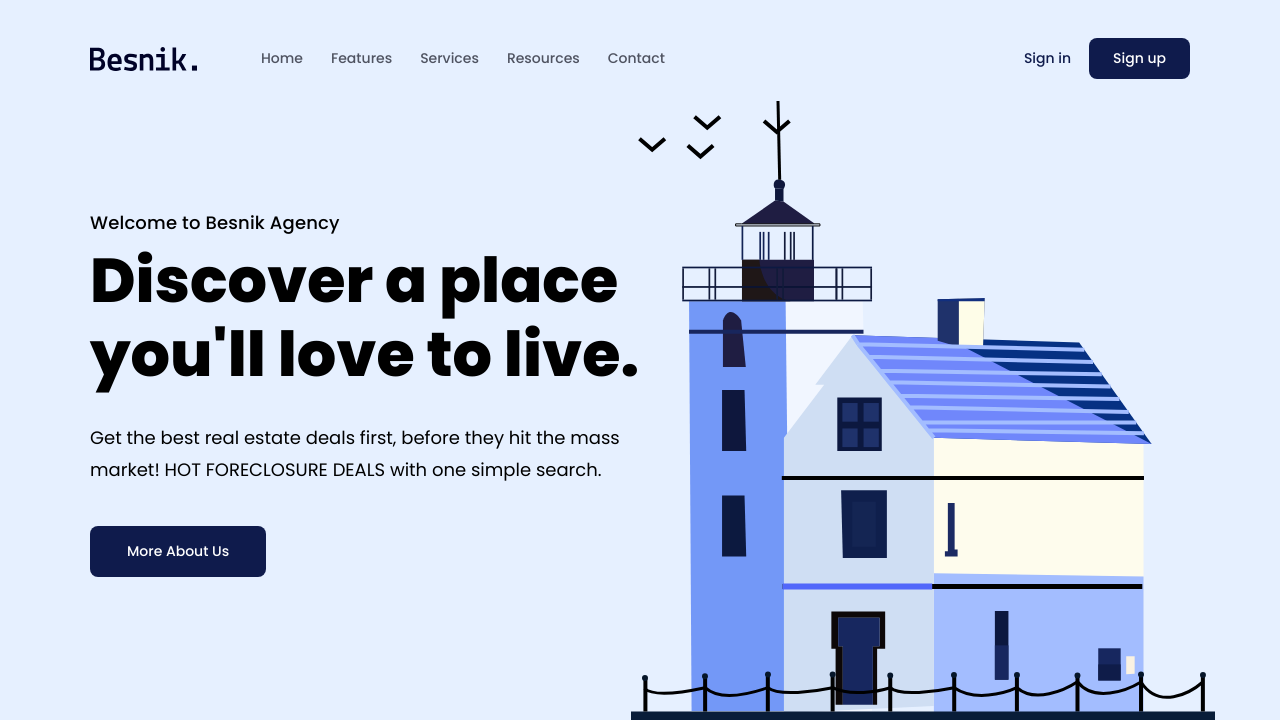
Repository: ducvui2003/f8-project-01
Page: index.html
The author's editor kept a copy of each file at every save. The page is drawn from the files as they stood at one save, then again after the next save.
The browser window is 1280 px wide. The pictures show the whole page.

Above is the page before, as saved 2023-06-16 19:52:52.

### index.html
<!DOCTYPE html>
<html lang="en">

<head>
    <meta charset="UTF-8">
    <meta name="viewport" content="width=device-width, initial-scale=1.0">
    <title>f8-procject-01</title>

    <link rel="stylesheet" href="./asset/css/reset.css">
    <link rel="stylesheet" href="./asset/font/stylesheet.css">
    <link rel="stylesheet" href="./asset/css/styles.css">
</head>

<body>
    <main>
        <!-- Header -->
        <header class="header">
            <div class="content">
                <!--  -->
                <nav class="nav">
                    <!-- Logo -->
                    <img src="./asset/img/logo.svg" alt="">

                    <!-- Navigation -->
                    <ul>
                        <li><a href="">Home</a></li>
                        <li><a href="">Features</a></li>
                        <li><a href="">Services</a></li>
                        <li><a href="">Resources</a></li>
                        <li><a href="">Contact</a></li>
                    </ul>

                    <!-- Action -->
                    <div class="actions">
                        <a href="#!" class="action-link">Sign in</a>
                        <a href="#!" class="btn action-btn">Sign up</a>
                    </div>
                </nav>
                <div class="hero">
                    <div class="info">
                        <p class="sub-title">Welcome to Besnik Agency</p>
                        <h1 class="title">Discover a place
                            you'll love to live.</h1>
                        <p class="desc">Get the best real estate deals first,
                            before they hit the mass market! HOT FORECLOSURE DEALS with one simple
                            search.</p>
                        <!-- cta = call to action -->
                        <a href="#!" class="btn hero-cta">More About Us</a>
                    </div>
                    <img src="./asset/img/hero-img.svg" alt="Discover a place
                    you'll love to live." class="hero-img">
                </div>
            </div>
        </header>

    </main>
</body>

</main>

</html>

### asset/font/stylesheet.css
/* =======Poppins font=========== */
@font-face {
  font-family: "Poppins";
  src: url("Poppins/Poppins-Black.woff2") format("woff2"),
    url("Poppins/Poppins-Black.woff") format("woff");
  font-weight: 900;
  font-style: normal;
  font-display: swap;
}

@font-face {
  font-family: "Poppins";
  src: url("Poppins/Poppins-BlackItalic.woff2") format("woff2"),
    url("Poppins/Poppins-BlackItalic.woff") format("woff");
  font-weight: 900;
  font-style: italic;
  font-display: swap;
}

@font-face {
  font-family: "Poppins";
  src: url("Poppins/Poppins-Bold.woff2") format("woff2"),
    url("Poppins/Poppins-Bold.woff") format("woff");
  font-weight: bold;
  font-style: normal;
  font-display: swap;
}

@font-face {
  font-family: "Poppins";
  src: url("Poppins/Poppins-BoldItalic.woff2") format("woff2"),
    url("Poppins/Poppins-BoldItalic.woff") format("woff");
  font-weight: bold;
  font-style: italic;
  font-display: swap;
}

@font-face {
  font-family: "Poppins";
  src: url("Poppins/Poppins-ExtraBold.woff2") format("woff2"),
    url("Poppins/Poppins-ExtraBold.woff") format("woff");
  font-weight: bold;
  font-style: normal;
  font-display: swap;
}

@font-face {
  font-family: "Poppins";
  src: url("Poppins/Poppins-ExtraBoldItalic.woff2") format("woff2"),
    url("Poppins/Poppins-ExtraBoldItalic.woff") format("woff");
  font-weight: bold;
  font-style: italic;
  font-display: swap;
}

@font-face {
  font-family: "Poppins";
  src: url("Poppins/Poppins-ExtraLight.woff2") format("woff2"),
    url("Poppins/Poppins-ExtraLight.woff") format("woff");
  font-weight: 200;
  font-style: normal;
  font-display: swap;
}

@font-face {
  font-family: "Poppins";
  src: url("Poppins/Poppins-ExtraLightItalic.woff2") format("woff2"),
    url("Poppins/Poppins-ExtraLightItalic.woff") format("woff");
  font-weight: 200;
  font-style: italic;
  font-display: swap;
}

@font-face {
  font-family: "Poppins";
  src: url("Poppins/Poppins-Italic.woff2") format("woff2"),
    url("Poppins/Poppins-Italic.woff") format("woff");
  font-weight: normal;
  font-style: italic;
  font-display: swap;
}

@font-face {
  font-family: "Poppins";
  src: url("Poppins/Poppins-Light.woff2") format("woff2"),
    url("Poppins/Poppins-Light.woff") format("woff");
  font-weight: 300;
  font-style: normal;
  font-display: swap;
}

@font-face {
  font-family: "Poppins";
  src: url("Poppins/Poppins-LightItalic.woff2") format("woff2"),
    url("Poppins/Poppins-LightItalic.woff") format("woff");
  font-weight: 300;
  font-style: italic;
  font-display: swap;
}

@font-face {
  font-family: "Poppins";
  src: url("Poppins/Poppins-Medium.woff2") format("woff2"),
    url("Poppins/Poppins-Medium.woff") format("woff");
  font-weight: 500;
  font-style: normal;
  font-display: swap;
}

@font-face {
  font-family: "Poppins";
  src: url("Poppins/Poppins-MediumItalic.woff2") format("woff2"),
    url("Poppins/Poppins-MediumItalic.woff") format("woff");
  font-weight: 500;
  font-style: italic;
  font-display: swap;
}

@font-face {
  font-family: "Poppins";
  src: url("Poppins/Poppins-SemiBold.woff2") format("woff2"),
    url("Poppins/Poppins-SemiBold.woff") format("woff");
  font-weight: 600;
  font-style: normal;
  font-display: swap;
}

@font-face {
  font-family: "Poppins";
  src: url("Poppins/Poppins-Regular.woff2") format("woff2"),
    url("Poppins/Poppins-Regular.woff") format("woff");
  font-weight: normal;
  font-style: normal;
  font-display: swap;
}

@font-face {
  font-family: "Poppins";
  src: url("Poppins/Poppins-SemiBoldItalic.woff2") format("woff2"),
    url("Poppins/Poppins-SemiBoldItalic.woff") format("woff");
  font-weight: 600;
  font-style: italic;
  font-display: swap;
}

@font-face {
  font-family: "Poppins";
  src: url("Poppins/Poppins-Thin.woff2") format("woff2"),
    url("Poppins/Poppins-Thin.woff") format("woff");
  font-weight: 100;
  font-style: normal;
  font-display: swap;
}

@font-face {
  font-family: "Poppins";
  src: url("Poppins/Poppins-ThinItalic.woff2") format("woff2"),
    url("Poppins/Poppins-ThinItalic.woff") format("woff");
  font-weight: 100;
  font-style: italic;
  font-display: swap;
}

### asset/css/styles.css
* {
  box-sizing: border-box;
}
html {
  font-size: 62.5%;
}
body {
  font-size: 1.6rem;
  font-family: "Poppins";
}
:root {
  --primary-color: #0f1b4c;
}
/* Common */
a {
  text-decoration: none;
}
.content {
  width: 1100px;
  max-width: calc(100% - 48px);
  margin-left: auto;
  margin-right: auto;
}

.btn {
  min-width: 98px;
  background-color: var(--primary-color);
  border-radius: 0.8rem;
  padding: 10px 24px;
  color: white;
  font-style: normal;
  font-weight: 500;
  font-size: 1.4rem;
  line-height: 2.1rem;
  display: inline-block;
}
.btn:hover {
  opacity: 0.9;
}
/* Header */
.header {
  height: 100vh;
  background-color: #e6f0ff;
  position: relative;
}

.header .nav {
  display: flex;
  align-items: center;
  padding-top: 38px;
}
.header .nav ul {
  margin-left: 50px;
  margin-right: auto;

  display: flex;
  justify-content: space-between;
}

.header .nav ul a {
  color: #4f5361;
  padding: 8px 14px;
  /* Padding in tag inline block  */
}
.header .nav ul a:hover {
  text-decoration: underline;
}
.header .nav a {
  font-weight: 500;
  font-size: 1.4rem;
  line-height: 2.1rem;
}
.header .nav .actions {
  display: flex;
  justify-content: center;
  align-items: center;
  gap: 1.8rem;
}
.header .nav .action-link {
  color: var(--primary-color);
}
.hero {
  margin-top: 130px;
}
.hero .info {
  width: 51%;
}
.hero .sub-title {
  font-style: normal;
  font-weight: 500;
  font-size: 1.8rem;
  line-height: 1.5;
  letter-spacing: 0.01em;
}

.hero .title {
  font-style: normal;
  font-weight: 700;
  font-size: 6.2rem;
  line-height: 1.19;
  margin-top: 8px;
  margin-bottom: 30px;
}
.hero .desc {
  font-style: normal;
  font-weight: 400;
  font-size: 1.8rem;
  line-height: 1.78;
}
.hero-cta {
  margin-top: 40px;
  padding: 15px 37px;
  min-width: 170px;
}
.hero-img {
  position: absolute;
  right: 65px;
  bottom: 0;
}

Loaded but not shown: asset/css/reset.css (common file)

After the next save:
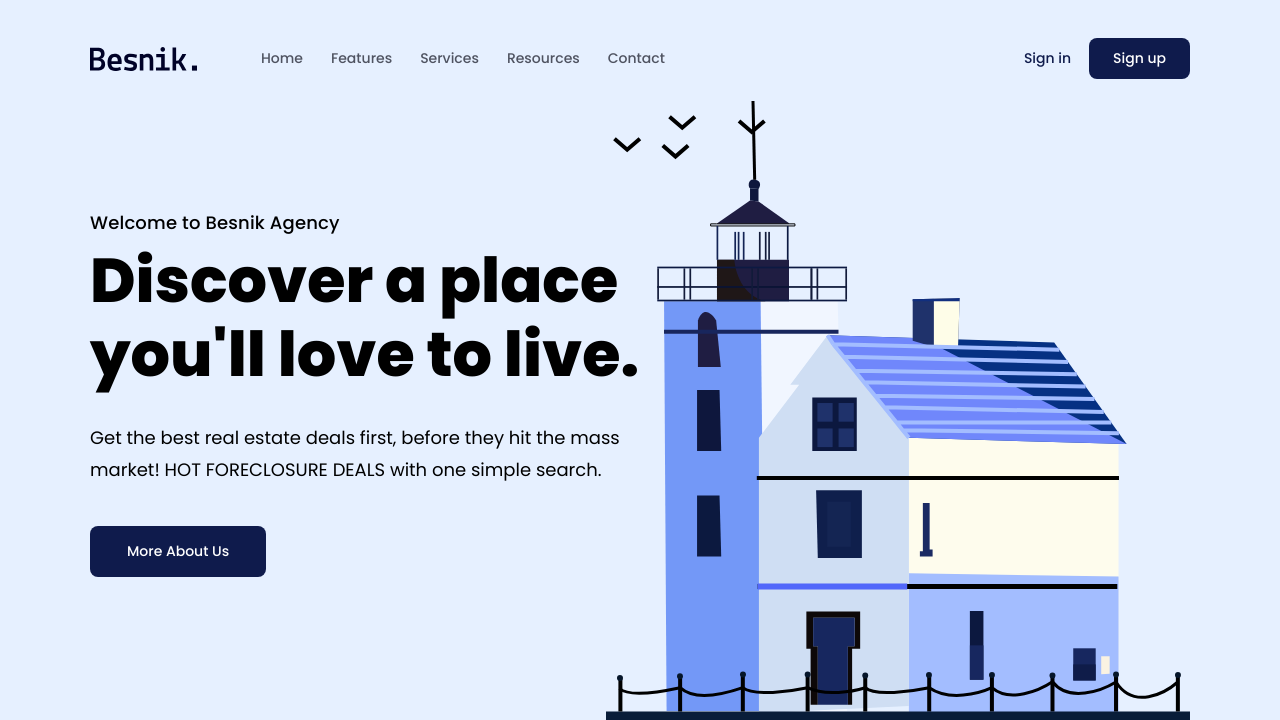
Saved 78 s later.
--- a/asset/css/styles.css
+++ b/asset/css/styles.css
@@ -114,6 +114,6 @@
 }
 .hero-img {
   position: absolute;
-  right: 65px;
+  right: calc((100vw - 1100px) / 2);
   bottom: 0;
 }
